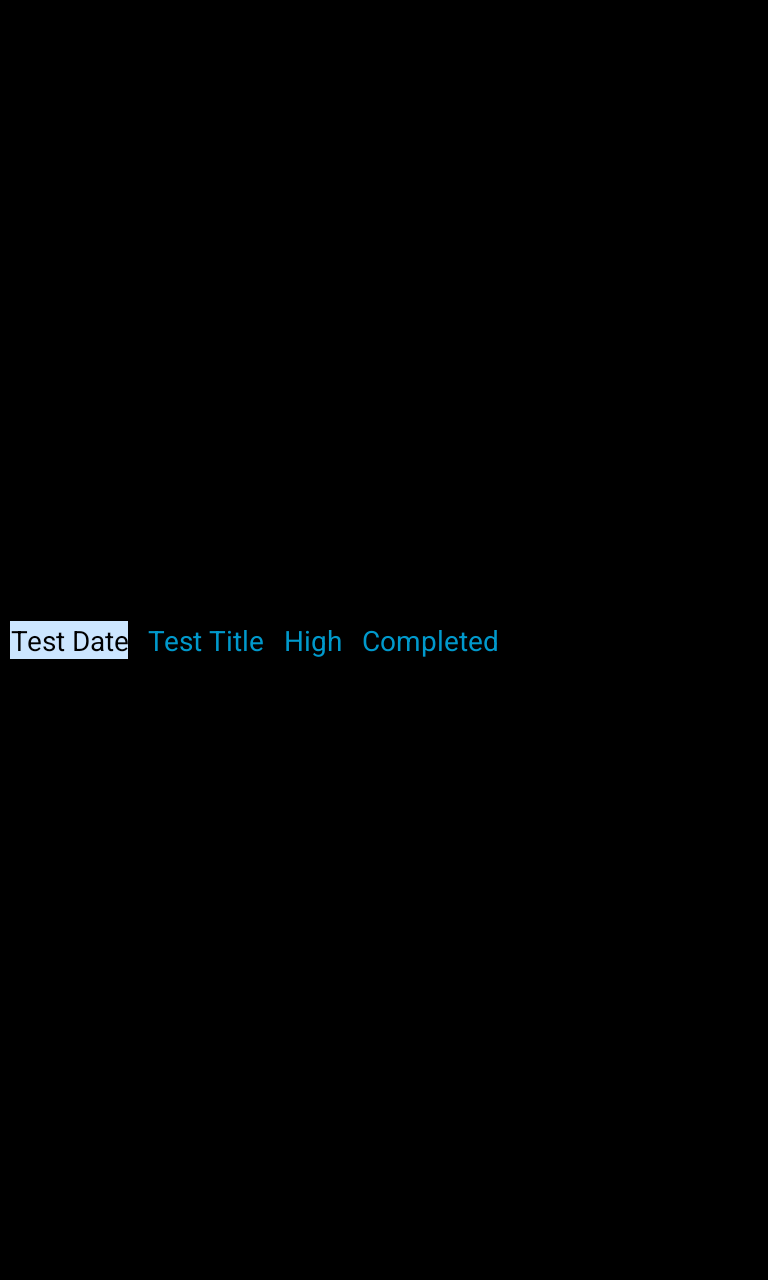
Repository: titango/androidass1
Layout: uTask/res/layout/task_list_item.xml
These files come from the project's save history. The layout is drawn as it stood at one moment and after the next save; the edit follows.
It is drawn on a 768 x 1280 px phone screen (xhdpi) without system bars, with theme NoActionBar; the app's code is not run.

Above is the layout before, as saved 2013-03-31 23:38:26.

### uTask/res/layout/task_list_item.xml
<?xml version="1.0" encoding="utf-8"?>
<LinearLayout xmlns:android="http://schemas.android.com/apk/res/android"
    android:layout_width="wrap_content"
    android:layout_height="wrap_content"
    android:gravity="left|center"
    android:paddingBottom="5dp"
    android:paddingLeft="5dp"
    android:paddingTop="5dp" >

    <TextView
        android:id="@+id/task_list_item_date"
        android:layout_width="wrap_content"
        android:layout_height="wrap_content"
        android:background="@color/lightblue"
        android:gravity="center"
        android:text="Test Date"
        android:textColor="@color/black" >
    </TextView>

    <TextView
        android:id="@+id/task_list_item_title"
        android:layout_width="wrap_content"
        android:layout_height="wrap_content"
        android:layout_marginLeft="10dp"
        android:text="Test Title"
        android:textColor="#0099CC" >
    </TextView>

    <TextView
        android:id="@+id/task_list_item_priority"
        android:layout_width="wrap_content"
        android:layout_height="wrap_content"
        android:layout_marginLeft="10dp"
        android:text="High"
        android:textColor="#0099CC" >
    </TextView>

    <TextView
        android:id="@+id/task_list_item_status"
        android:layout_width="wrap_content"
        android:layout_height="wrap_content"
        android:layout_marginLeft="10dp"
        android:text="Completed"
        android:textColor="#0099CC" >
    </TextView>

</LinearLayout>

### uTask/res/values/colors.xml
<?xml version="1.0" encoding="utf-8"?>
<resources>
    <color name="white">#FFFFFF</color>
    <color name="black">#000000</color>
    <color name="darkblue">#0000A0</color>
    <color name="lightblue">#CCE6FF</color>
    <color name="lightyellow">#FFFFCC</color>
    <color name="superlightyellow">#FFFFE5</color>
    <color name="lightorange">#FFCC33</color>
    <color name="darkorange">#FFBF00</color>
    <color name="lowlightgreen">#00FF99</color>

</resources>

Loaded but not shown: uTask/res/values/styles.xml (common file)

After the next save:
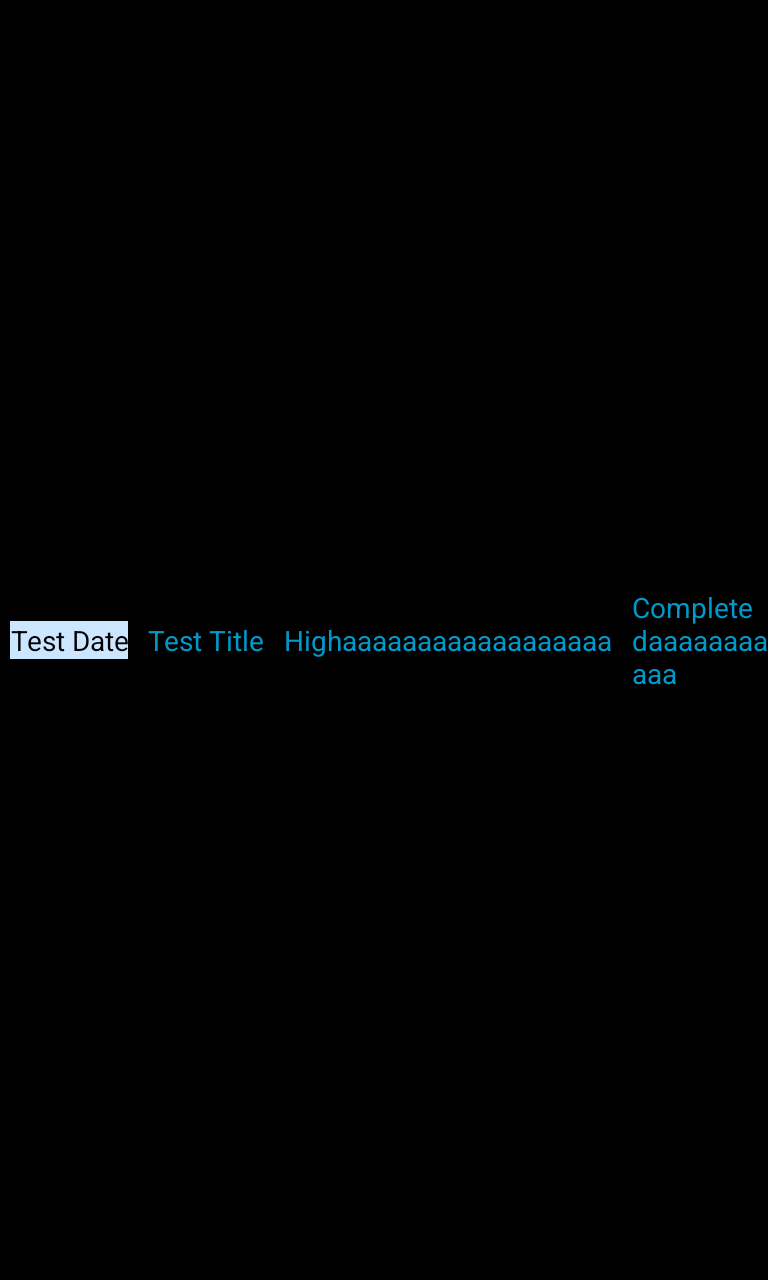
Saved 27 s later.
--- a/uTask/res/layout/task_list_item.xml
+++ b/uTask/res/layout/task_list_item.xml
@@ -31,7 +31,7 @@
         android:layout_width="wrap_content"
         android:layout_height="wrap_content"
         android:layout_marginLeft="10dp"
-        android:text="High"
+        android:text="Highaaaaaaaaaaaaaaaaaa"
         android:textColor="#0099CC" >
     </TextView>
 
@@ -40,7 +40,7 @@
         android:layout_width="wrap_content"
         android:layout_height="wrap_content"
         android:layout_marginLeft="10dp"
-        android:text="Completed"
+        android:text="Completedaaaaaaaaaaa"
         android:textColor="#0099CC" >
     </TextView>
 
